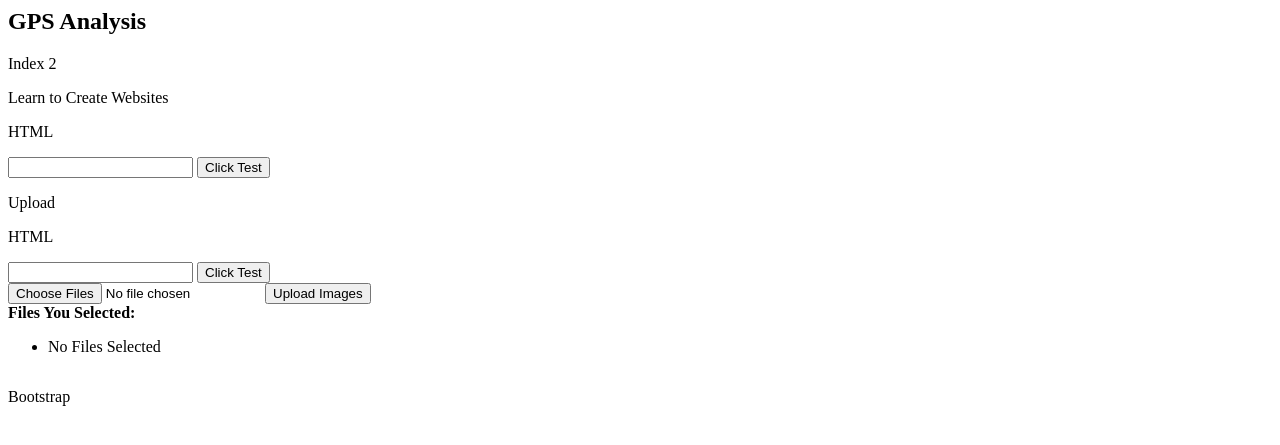
Repository: hanjangchen/Raspberry
Page: prjGAEGPSAnalysis/prjGPSAnalysis/src/static/my_ng_templates/desktop/index_data_analysis.html
The author's editor kept a copy of each file at every save. The page is drawn from the files as they stood at one save, then again after the next save.
The browser window is 1280 px wide. The pictures show the whole page.

Above is the page before, as saved 2014-11-02 22:27:50.
Console error: ReferenceError: $ is not defined

### prjGAEGPSAnalysis/prjGPSAnalysis/src/static/my_ng_templates/desktop/index_data_analysis.html
<!-- sub-template for index page -->
<div>
	<h2>GPS Analysis</h2>
	<my-index-gps-data>
	<p>Index 2</p>
	</my-index-gps-data>
</div>

<!-- content block -->
<div class="container-fluid" ng-controller = "myIndexTwoCtrl as ctrl">
	<div class="jumbotron">
		<p>Learn to Create Websites</p>
	</div>
	<div class="row">
		<div class="col-xs-4 col-sm-4 col-md-4 col-lg-4 ">
			<p>HTML</p>
			<input type="text" ng-model="images_data_to_upload">
			<input type="button" value="Click Test" ng-click= "ctrl.upload_img_to_blobstore()" >
		</div>
		<div class="col-xs-4 col-sm-4 col-md-4 col-lg-4 text-center">
			<p>Upload</p>
			<div class="col-xs-12 col-sm-12 col-md-12 col-lg-12 form-group text-center">
				<p>HTML</p>
				<input type="text" ng-model="images_data_to_upload" class="col-xs-12 col-sm-12 col-md-12 col-lg-12 form-control ">
				<input type="button" value="Click Test" ng-click= "ctrl.upload_img_to_blobstore()" class="col-xs-12 col-sm-12 col-md-12 col-lg-12 btn btn-default " >
			</div>
			<div class="col-xs-12 col-sm-12 col-md-12 col-lg-12 form-group text-center">
				<input type="file" id="images_for_upload" name="images_for_upload"
					multiple="true" value="Add Images" accept="image/*"
					required="required" class="col-xs-12 col-sm-12 col-md-12 col-lg-12 btn btn-default " >

				<input type="button" id="btn_upload"
					value="Upload Images" class="col-xs-12 col-sm-12 col-md-12 col-lg-12 btn btn-default">
			</div>
			<div class="col-xs-12 col-sm-12 col-md-12 col-lg-12 ">
				<strong>Files You Selected:</strong>
				<ul id="files_list">
					<li>No Files Selected</li>
				</ul>
			</div>
			<div class="col-xs-12 col-sm-12 col-md-12 col-lg-12 ">
				<table id="photo_table">
				</table>
			</div>
		</div>
		<div class="col-xs-4 col-sm-4 col-md-4 col-lg-4">
			<p>Bootstrap</p>
		</div>
	</div>
</div>

<!-- js libs -->
<script type="text/javascript" src="/js/plugin_mis/numeric-1.2.6.min.js"></script>
<script type="text/javascript" src="/js/plugin_mis/particle_swarm_optimization.js"></script>
<script type="text/javascript" src="/js/index_2.js"></script>

### prjGAEGPSAnalysis/prjGPSAnalysis/src/static/javascripts/plugin_mis/particle_swarm_optimization.js
/*
 *  Particles Swarm Optimization
 *  This is a standard PSO to find out optimal solution through out the stochastic spaces
 *  PS: Current test function is (0.007 * x_1 * (-x_2 -1)) * ( cos(x_1 + 0.3) - sin(x_2))+(1 - sin(x_1)) and the optimal value is around -1.798
 * */

var particles_swarm_optimization = {

		// configuration
		config : {
			parameters_range : [[-15, -15],[15, 15]], // ranges of particles;
														// row 1 represent low
														// boundary and row 2
														// represent up boundary
			particles_size : 60, // size of particles swarm
			iteration : 50, // iteration number
			max_min_factor : -1, // 1 means to find max; -1 means to find min
			Emax : Number.MAX_VALUE, // maximum value
			Emin : -Number.MAX_VALUE, // minimum value
			Type : 0, // 0 for real number; 1 for integer

			c1 : 2.05, // cognitive parameter (original value; would be
						// replaced by linear change)
			c2 : 4.1 - 2.05, // c2 = 4.1 - c1 // social parameter (original
								// value; would be replaced by linear change)
			constriction_factor : 0.729, // constrain factor

			diff_of_ranges : [], // ranges of each parameter (from low
									// boundary to up boundary)
			up_boundaries : [], //
			low_boundaries : [], // low boundary

			particles_values : [], // values set of particles
			particles_initial_values : [], // initial values set of particles

			particles_velocity : [], // velocity set of particles
			particles_initial_velocity : [], // can be zero or certain
												// reasonable values based on
												// each particle range

			performance_index_set : [], // performance index set
			performance_initial_index_set : [], // initial performance index set

			learning_rate : 0, // learning rate
			learning_rate_self_param_min : 0.4, // minimum learning rate of
												// particle itself
			learning_rate_self_param_max : 0.9, // maximum learning rate of
												// particle itself
			learning_rate_cognitive_min : 1.9, // minimum learning rate of
												// cognitive parameter
			learning_rate_cognitive_max : 2.1, // maximum learning rate of
												// cognitive parameter
			learning_rate_cognitive : 0,
			learning_rate_social : 0,
			learning_rate_self : 0,

			min_cost : 0, // minimum cost
			min_cost_set : [],
			mean_cost : 0, // mean value
			mean_cost_set : [],
			RMS_cost : 0, // root-mean-square cost
			RMS_cost_set : [],

			local_optimal : 0, // local optimal
			index_local_optimal : 0, // index of global optimal in particles
										// set
			global_optimal : 0, // global optimal
			index_global_optimal : 0, // index of global optimal
			local_optimal_value_set : [],
			local_optimal_particles_set : [],
			global_optimal_value_set : [],
			global_optimal_particles_set : [],

		},

		// initialization function
		init_pso : function(){
			/* new */
			this.config.low_boundaries = this.config.parameters_range[0];
			this.config.up_boundaries = this.config.parameters_range[1];
			this.config.diff_of_ranges = numeric.sub(this.config.up_boundaries, this.config.low_boundaries);

			// init particles' values
			this.config.particles_values = numeric.random([this.config.particles_size, this.config.parameters_range[0].length]);
			this.config.particles_values = numeric.dotMMbig(this.config.particles_values, [[this.config.diff_of_ranges[0], 0], [0, this.config.diff_of_ranges[1]]]);
			var temp_low_boundaries_matrix = numeric.rep([this.config.particles_size], this.config.low_boundaries);
			this.config.particles_values = numeric.add(this.config.particles_values, temp_low_boundaries_matrix);

			// init particles velocity
			this.config.particles_velocity = numeric.rep([this.config.particles_size], [0, 0]);

			// evaluate init particles set
			for(var ith = 0; ith < this.config.particles_size; ith++){
				temp_particle_values = this.config.particles_values[ith];

				var performance_index = (0.007 * temp_particle_values[0] * (-temp_particle_values[1]-1)) * (Math.cos(temp_particle_values[0]+0.3) - Math.sin(temp_particle_values[1]))+(1-Math.sin(temp_particle_values[0]));
				if (performance_index > this.config.Emax){
					performance_index = this.config.Emax;
				}
				if (performance_index < this.config.Emin){
					performance_index = this.config.Emin;
				}
				this.config.performance_initial_index_set.push(performance_index);
			}

			// update optimal
			var temp_cost = numeric.mul(- this.config.max_min_factor, this.config.performance_initial_index_set);
			this.config.min_cost = Math.min.apply(Math, temp_cost);
			this.config.min_cost_set = numeric.rep([this.config.particles_size], this.config.min_cost);
			this.config.global_optimal = this.config.min_cost;
			var temp_min_index = temp_cost.indexOf(this.config.min_cost);
			var temp_optimal_particle = this.config.particles_values[temp_min_index];

			this.config.local_optimal_particles_set = numeric.rep([this.config.particles_size], temp_optimal_particle);
			this.config.global_optimal_particles_set = this.config.local_optimal_particles_set;
			this.config.local_optimal_value_set = numeric.rep([this.config.particles_size], this.config.min_cost);

			this.config.mean_cost = numeric.sum(temp_cost) / this.config.particles_size;

		},

		// go through iteration
		go_iteration : function(){
			for(var ith = 0; ith < this.config.iteration; ith++ ){
				this.config.learning_rate_self = this.config.learning_rate_self_param_max - (this.config.learning_rate_self_param_max - this.config.learning_rate_self_param_min) * (ith + 1) / this.config.iteration;

				this.config.learning_rate_cognitive = this.config.learning_rate_cognitive_max - (this.config.learning_rate_cognitive_max - this.config.learning_rate_cognitive_min) * (ith + 1) / this.config.iteration; //
				this.config.learning_rate_social = 4.1 - this.config.learning_rate_cognitive;

				var random_factor_cognitive = numeric.random([this.config.particles_size, this.config.parameters_range[0].length]);
				var random_factor_social = numeric.random([this.config.particles_size, this.config.parameters_range[0].length]);

				var temp_updated_velocity = [];
				var updated_self_learning_rate = numeric.mul(this.config.learning_rate_self, this.config.particles_velocity);

				var updated_cognitive_learning_rate = numeric.sub(this.config.local_optimal_particles_set, this.config.particles_values );
				updated_cognitive_learning_rate = numeric.mul(this.config.learning_rate_cognitive, random_factor_cognitive, updated_cognitive_learning_rate);

				var updated_social_learning_rate = numeric.sub(this.config.global_optimal_particles_set, this.config.particles_values);
				updated_social_learning_rate = numeric.mul(this.config.learning_rate_social, random_factor_social, updated_social_learning_rate);

				temp_updated_velocity = numeric.add(updated_self_learning_rate, updated_cognitive_learning_rate, updated_social_learning_rate);

				// update velocity
				this.config.particles_velocity = numeric.mul(this.config.constriction_factor, temp_updated_velocity);


				// update particles' values
				this.config.particles_values = numeric.add(this.config.particles_values, this.config.particles_velocity);


				// find out values outside boundaries
				var low_boundaries_set = numeric.rep([this.config.particles_size], this.config.low_boundaries);
				var up_boundaries_set = numeric.rep([this.config.particles_size], this.config.up_boundaries);

				var outside_min_boundary = numeric.leq(this.config.particles_values, low_boundaries_set);
				var not_outside_min_boundary = numeric.not(outside_min_boundary);
				var min_replaced_values = numeric.mul(outside_min_boundary, low_boundaries_set);
				var min_original_values = numeric.mul(not_outside_min_boundary, this.config.particles_values);

				this.config.particles_values = numeric.add(min_replaced_values, min_original_values);

				var outside_max_boundary = numeric.geq(this.config.particles_values, up_boundaries_set);
				var not_outside_max_boundary = numeric.not(outside_max_boundary);
				var max_replaced_values = numeric.mul(outside_max_boundary, up_boundaries_set);
				var max_original_values = numeric.mul(not_outside_max_boundary, this.config.particles_values);

				this.config.particles_values = numeric.add(max_replaced_values, max_original_values);

				// evaluate performance
				var temp_particle_values = 0;
				this.config.performance_index_set = [];
				for(var jth = 0; jth < this.config.particles_size; jth++){
					temp_particle_values = this.config.particles_values[jth];

					var performance_index = (0.007 * temp_particle_values[0] * (-temp_particle_values[1] - 1)) * (Math.cos(temp_particle_values[0] + 0.3) - Math.sin(temp_particle_values[1])) + (1 - Math.sin(temp_particle_values[0]));
					if (performance_index > this.config.Emax){
						performance_index = this.config.Emax;
					}
					if (performance_index < this.config.Emin){
						performance_index = this.config.Emin;
					}
					this.config.performance_index_set.push(performance_index);
				}

				//
				var temp_cost_set = numeric.mul(- this.config.max_min_factor, this.config.performance_index_set);


				var temp_better_cost_set = numeric.lt(temp_cost_set, this.config.local_optimal_value_set);
				var not_temp_better_cost_set = numeric.not(temp_better_cost_set);
				var replaced_cost_set = numeric.mul(temp_better_cost_set, temp_cost_set);
				var original_cost_set = numeric.mul(not_temp_better_cost_set, this.config.local_optimal_value_set);
				this.config.local_optimal_value_set = numeric.add(replaced_cost_set, original_cost_set);

				var better_cost_set = numeric.transpose([temp_better_cost_set, temp_better_cost_set]);
				better_cost_set = numeric.mul(better_cost_set, this.config.particles_values);
				var not_better_cost_set = numeric.transpose([not_temp_better_cost_set, not_temp_better_cost_set]);
				not_better_cost_set = numeric.mul(not_better_cost_set, this.config.local_optimal_particles_set);
				this.config.local_optimal_particles_set = numeric.add(better_cost_set, not_better_cost_set);


				var temp_optimal = Math.min.apply(Math, this.config.local_optimal_value_set);
				var temp_optimal_index = this.config.local_optimal_value_set.indexOf(temp_optimal);
				var pre_global_optimal = this.config.global_optimal;
				if (temp_optimal < this.config.global_optimal){
					this.config.global_optimal = temp_optimal;
					this.config.global_optimal_particles_set = numeric.rep([this.config.particles_size], this.config.particles_values[temp_optimal_index]);

					if (Math.abs(temp_optimal - pre_global_optimal) < numeric.epsilon){
						break;
					}
				}
			}
		},

		// start optimization
		start_optimization : function(){
			this.init_pso();
			this.go_iteration();
			console.log(JSON.stringify(this.config.global_optimal,2,2));
		}
}

// test
particles_swarm_optimization.start_optimization();

### prjGAEGPSAnalysis/prjGPSAnalysis/src/static/javascripts/index_2.js
(function(){
	/* JQuery */
	$('#images_for_upload')
			.change(
					function() {

						var input = document.getElementById("images_for_upload");
						var ul = document.getElementById("files_list");
						var toolarge = "";
						var maxsize = 1024000;
						while (ul.hasChildNodes()) {
							ul.removeChild(ul.firstChild);
						}
						for ( var i = 0; i < input.files.length; i++) {

							if (input.files[i].size > maxsize) {
								toolarge += input.files[i].name + "\n";
							} else {
								var li = document.createElement("li");
								li.innerHTML = input.files[i].name;
								ul.appendChild(li);
							}

						}
						if (!ul.hasChildNodes()) {
							var li = document.createElement("li");
							li.innerHTML = 'No Files Selected';
							ul.appendChild(li);
						}

						//
						if (toolarge != "") {
							alert("These images were not uploaded due to size limit of 1MB\n"
									+ toolarge);
						}
					});

	$('#btn_upload').click(function() {
		var input = document.getElementById("images_for_upload");
		var maxsize = 1024000;

		if (input.files.length <= 0) {
			alert('No data for upload');
		} else {
			for ( var i = 0; i < input.files.length; i++) {

				if (input.files[i].size < maxsize) {
					var data = new FormData();
					data.append("image_for_upload", input.files[i]);
					//
					send_imgs(data);
				}
			}
		}
	});

	function send_imgs(filedata) {
		$.ajax({
			url : upload_url,
			data : filedata,
			cache : false,
			contentType : false,
			processData : false,
			type : 'POST',
			success : function(receiveddata) {
				var data = JSON.parse(receiveddata);
				imagelinks = data['img_urls'];
				console.log(imagelinks);
				for ( var i = 0; i < imagelinks.length; i++) {
					$('#photo_table').append(
							'<tr><td><img src='+imagelinks[i]+'></td></tr>');
				}
			}
		});

	}
})();

Loaded but not shown: prjGAEGPSAnalysis/prjGPSAnalysis/src/static/javascripts/plugin_mis/numeric-1.2.6.min.js (library)

After the next save:
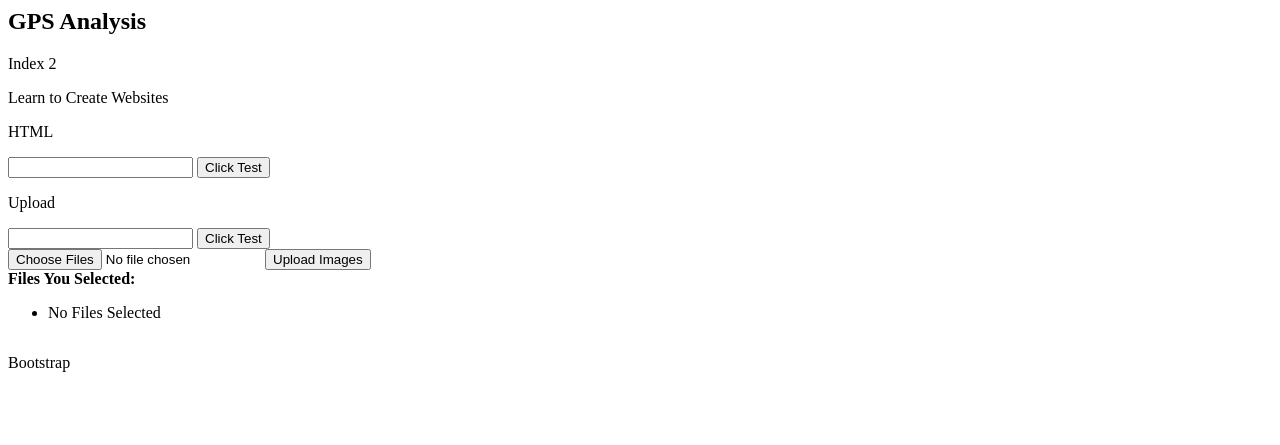
Saved 21 s later.
--- a/prjGAEGPSAnalysis/prjGPSAnalysis/src/static/my_ng_templates/desktop/index_data_analysis.html
+++ b/prjGAEGPSAnalysis/prjGPSAnalysis/src/static/my_ng_templates/desktop/index_data_analysis.html
@@ -20,7 +20,6 @@
 		<div class="col-xs-4 col-sm-4 col-md-4 col-lg-4 text-center">
 			<p>Upload</p>
 			<div class="col-xs-12 col-sm-12 col-md-12 col-lg-12 form-group text-center">
-				<p>HTML</p>
 				<input type="text" ng-model="images_data_to_upload" class="col-xs-12 col-sm-12 col-md-12 col-lg-12 form-control ">
 				<input type="button" value="Click Test" ng-click= "ctrl.upload_img_to_blobstore()" class="col-xs-12 col-sm-12 col-md-12 col-lg-12 btn btn-default " >
 			</div>
